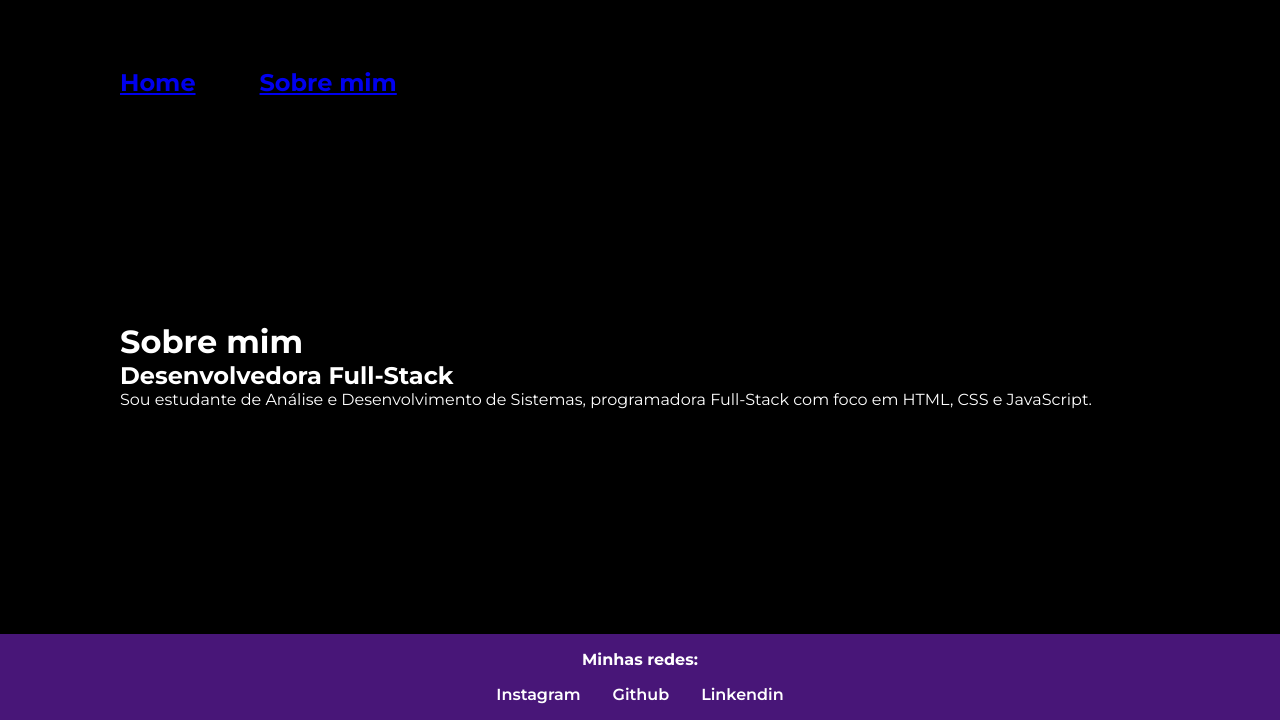
Repository: analessp/portfolio-developer
Page: index.html
The author's editor kept a copy of each file at every save. The page is drawn from the files as they stood at one save, then again after the next save.
The browser window is 1280 px wide. The pictures show the whole page.

Above is the page before, as saved 2025-04-24 10:37:32.

After the next save:
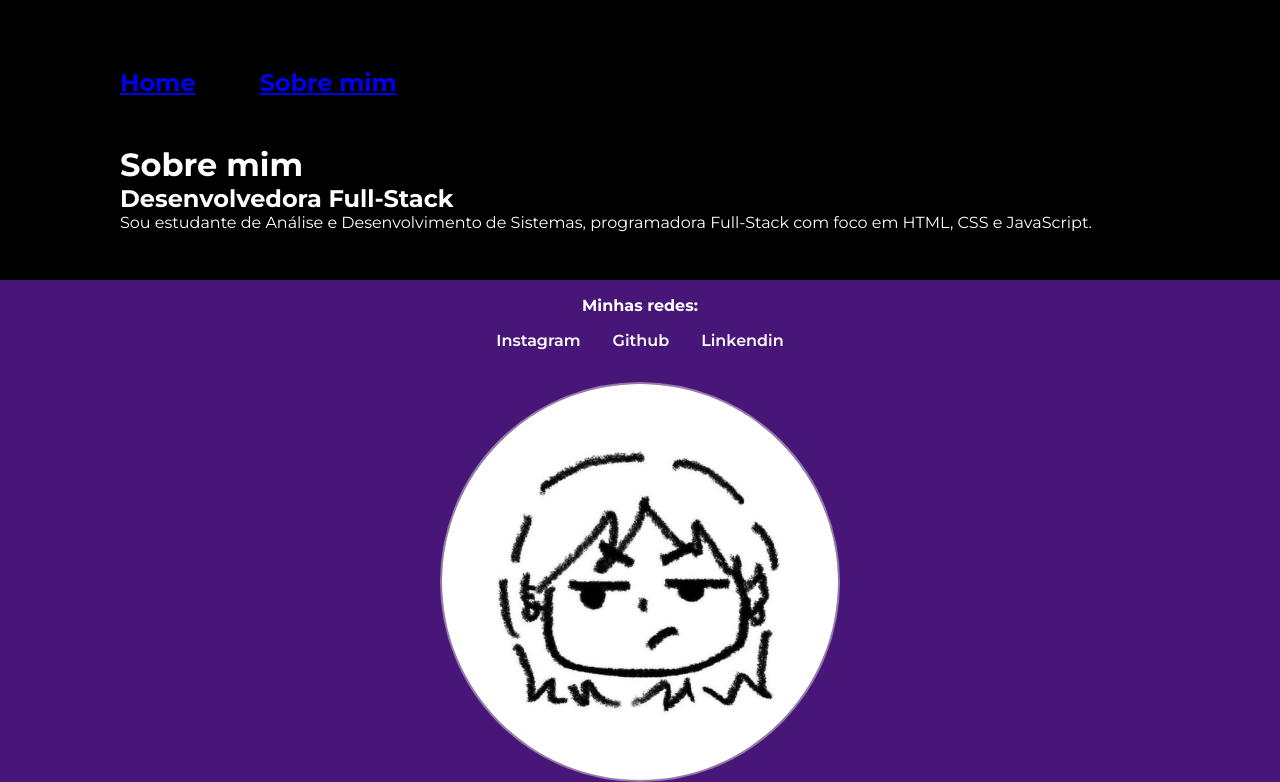
Saved 23 s later.
--- a/index.html
+++ b/index.html
@@ -38,6 +38,7 @@
             <li> <a *href*="#">Linkendin</a></li>
             </ul>
         </div>
+        <img src="/assets/avatar.jfif" alt="Avatar de Ana Lessa" class="about-me-image">
     </footer>
 </body>
 </html>
